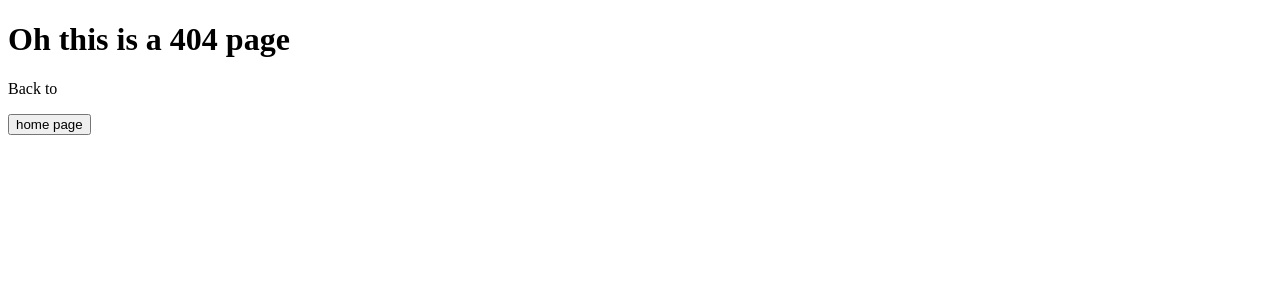
Repository: 2001usfpega/ZhenJ-code
Page: Project1/Showmethemoney/src/main/webapp/resources/html/404.html
The author's editor kept a copy of each file at every save. The page is drawn from the files as they stood at one save, then again after the next save.
The browser window is 1280 px wide. The pictures show the whole page.

Above is the page before, as saved 2020-02-10 02:27:24.

### Project1/Showmethemoney/src/main/webapp/resources/html/404.html
<!DOCTYPE html>
<html>
<head>
<meta charset="UTF-8">
<title>Insert title here</title>
</head>
<body>

<H1>Oh this is a 404 page </H1>

<div class="login-container">
		<!-- FRONT CONTROLLER EXAMPLE -->


		<form method="post" action="/Showmethemoney/homepage">
			<p>Back to</p>

			<input type="submit" value="home page" />
		</form>


	</div>
</body>
</html>

### Project1/Showmethemoney/src/main/webapp/resources/css/mystyles.css
.login-container {
	display: flex;
	flex-direction: column;
    align-items: center;
    border: 3px solid red;
    text-align: center;
}

form {
	border: 2px solid black;
	padding: 10px;
	margin: 10px;
}

input {
	margin: 3px;
}

After the next save:
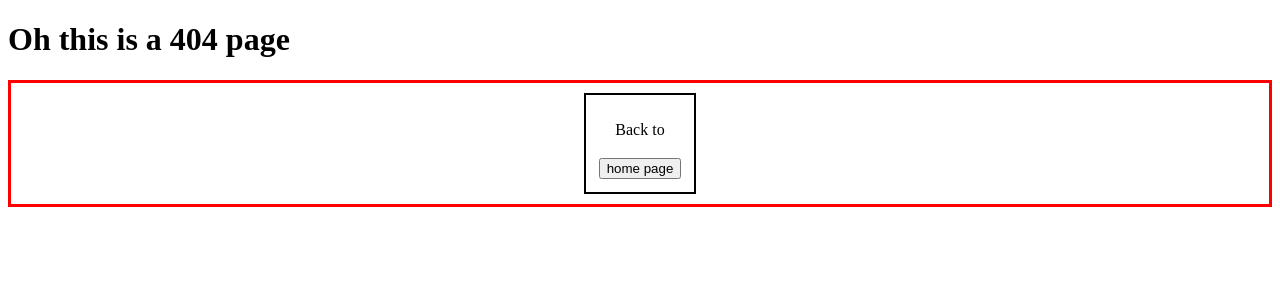
Saved 51 s later.
--- a/Project1/Showmethemoney/src/main/webapp/resources/html/404.html
+++ b/Project1/Showmethemoney/src/main/webapp/resources/html/404.html
@@ -3,6 +3,8 @@
 <head>
 <meta charset="UTF-8">
 <title>Insert title here</title>
+<link rel=stylesheet type="text/css"
+	href="/Showmethemoney/resources/css/mystyles.css">
 </head>
 <body>
 
